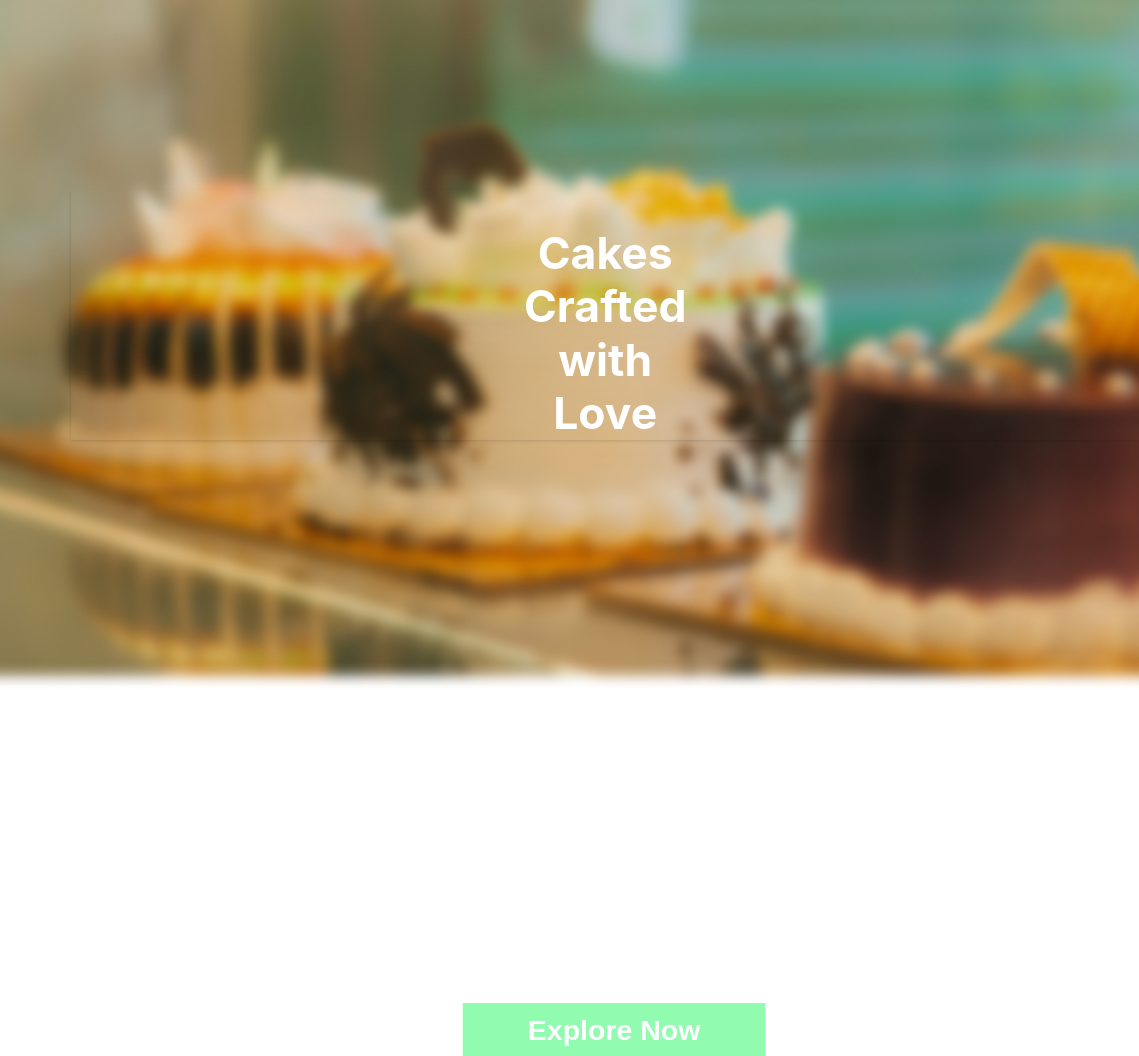
Repository: MEROO1010/cake-box-website
Page: / (app in Cake_box/cake_website/cake_frontend/)
An editor plug-in stored every save of this project. The page is shown before and after the next save, followed by the edit.
The browser window is 1280 px wide. The pictures show the whole page, at 89% of full size.
The project was rebuilt for these pictures with package versions that can differ from the ones it lists, and the page was loaded fresh each time.

Above is the page before, as saved 2024-10-22 12:15:25.

### Cake_box/cake_website/cake_frontend/src/App.jsx
import { BrowserRouter as Router, Routes, Route } from 'react-router-dom';
import  Homepage from './components/HomePage/Homepage';

function App() {
    return (
        <Router>
            <Routes>
                <Route path="/" element={<Homepage />} />
            </Routes>
        </Router>
    );
}

export default App;

### Cake_box/cake_website/cake_frontend/src/components/HomePage/Homepage.jsx
import React from 'react'
import Homepagebg from '../assets/HomePage.png';
import styled from 'styled-components';

const Homepage = () => {
  return (
    <Container>

    <img src={Homepagebg} alt=""/>

    <h1>Cakes<br/> Crafted<br/> with<br/> Love</h1>

    <button>Explore Now</button>

    </Container>
  )
}

export default Homepage

const Container = styled.div `
   img{
    width: 100%;
    background-size: cover;

   }

   h1{
    color:white;
    font-size:50px;
    box-shadow: 0px 2px 4px rgba(0, 0, 0, 0.2);
    text-align: center;
    padding-top:40px;
    bottom:600px;
    margin-left:80px;
    position: relative;
   }

   button{
    background-color:#91FBB0;
    color:white;
    border:none;
    width:340px;
    height:60px;
    font-size:32px;
    font-weight:bold;
    margin-left:520px;
   }

  `

Loaded but not shown: Cake_box/cake_website/cake_frontend/public/index.html (common file); Cake_box/cake_website/cake_frontend/src/index.js (common file); Cake_box/cake_website/cake_frontend/src/index.css (common file); Cake_box/cake_website/cake_frontend/src/reportWebVitals.js (common file)

After the next save:
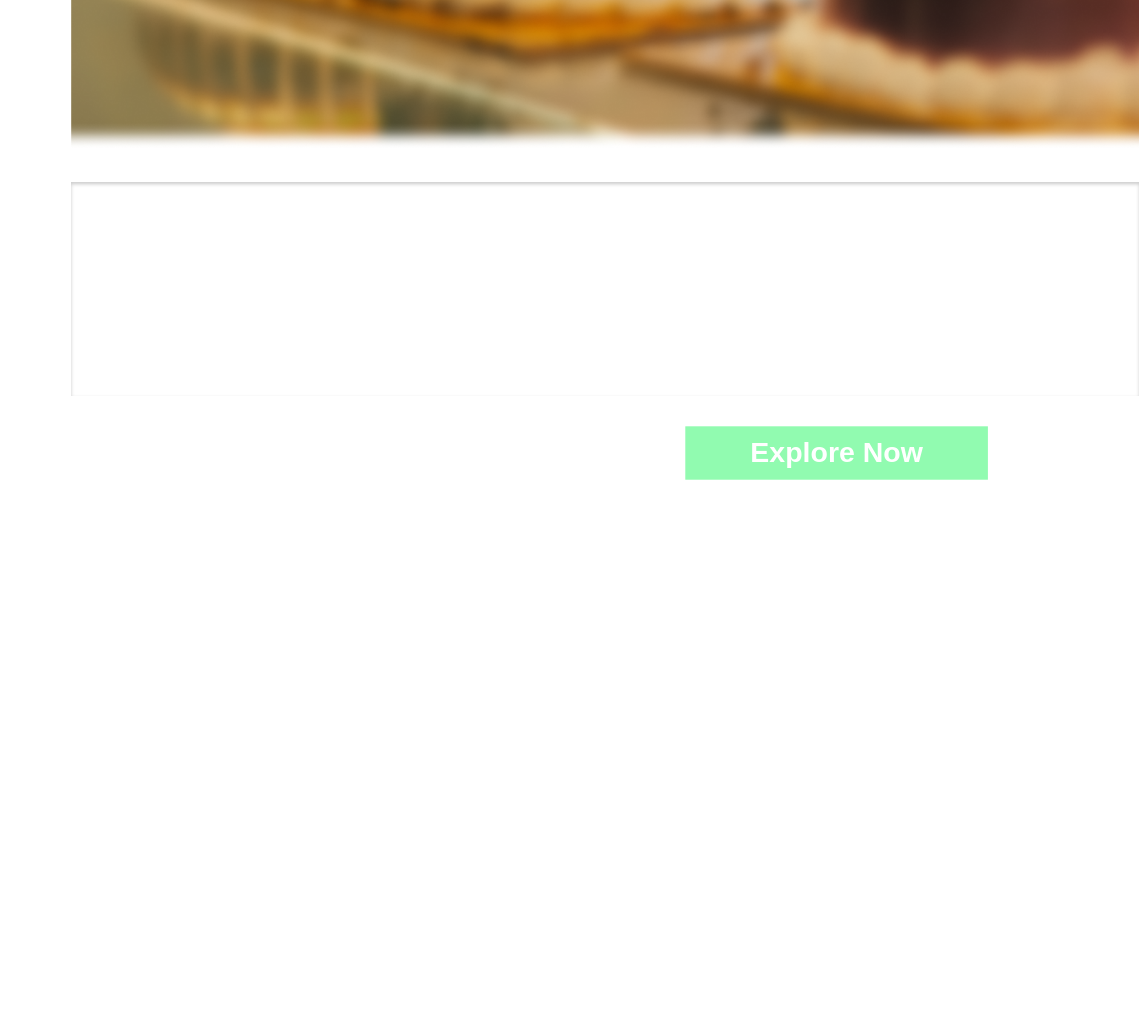
Saved 16 s later.
--- a/Cake_box/cake_website/cake_frontend/src/components/HomePage/Homepage.jsx
+++ b/Cake_box/cake_website/cake_frontend/src/components/HomePage/Homepage.jsx
@@ -28,7 +28,8 @@
    h1{
     color:white;
     font-size:50px;
-    box-shadow: 0px 2px 4px rgba(0, 0, 0, 0.2);
+    box-shadow: inset 0px 2px 4px rgba(0, 0, 0, 0.2);
+  }
     text-align: center;
     padding-top:40px;
     bottom:600px;

After the save that followed:
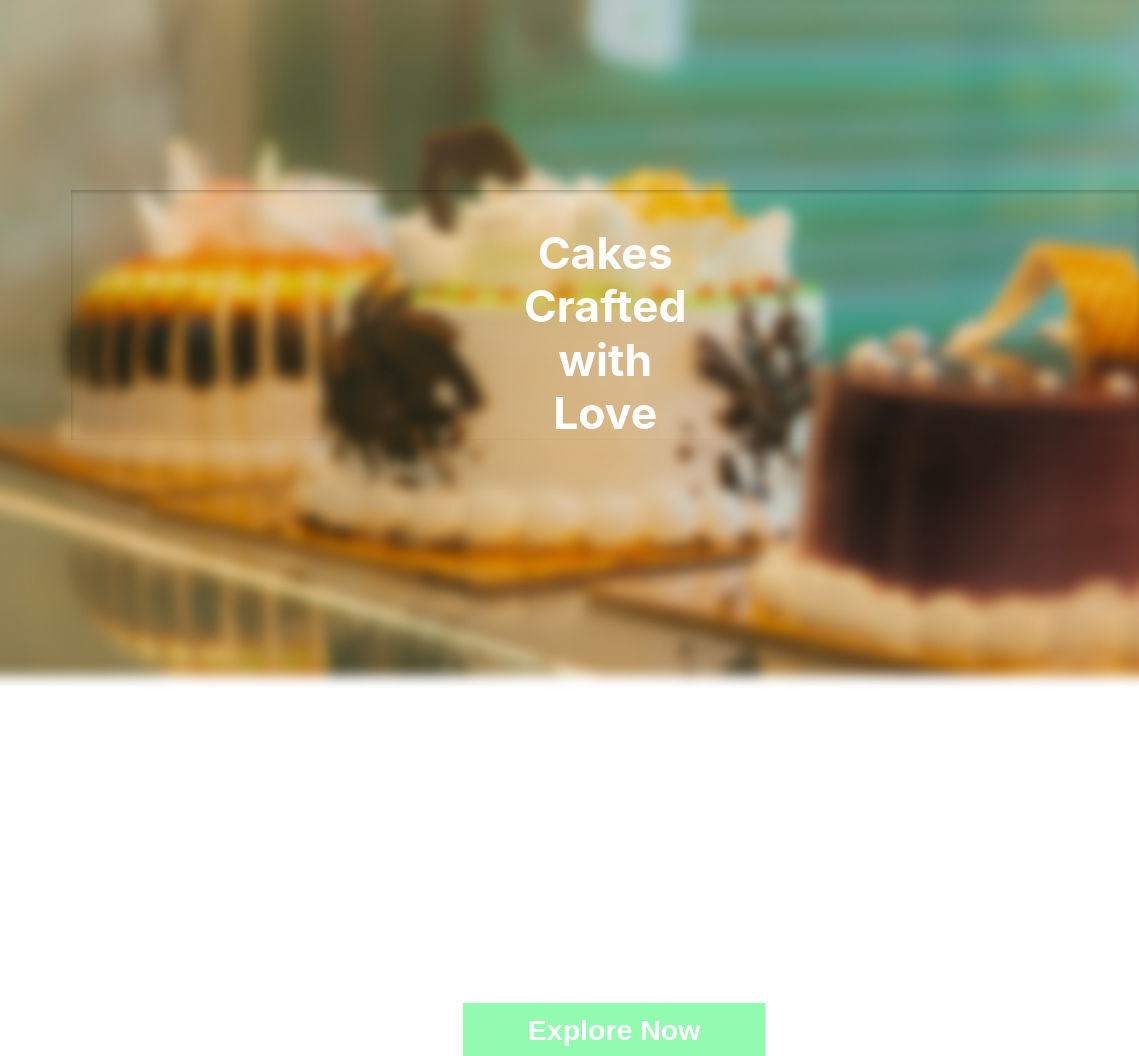
Saved 13 s later.
--- a/Cake_box/cake_website/cake_frontend/src/components/HomePage/Homepage.jsx
+++ b/Cake_box/cake_website/cake_frontend/src/components/HomePage/Homepage.jsx
@@ -29,7 +29,6 @@
     color:white;
     font-size:50px;
     box-shadow: inset 0px 2px 4px rgba(0, 0, 0, 0.2);
-  }
     text-align: center;
     padding-top:40px;
     bottom:600px;
